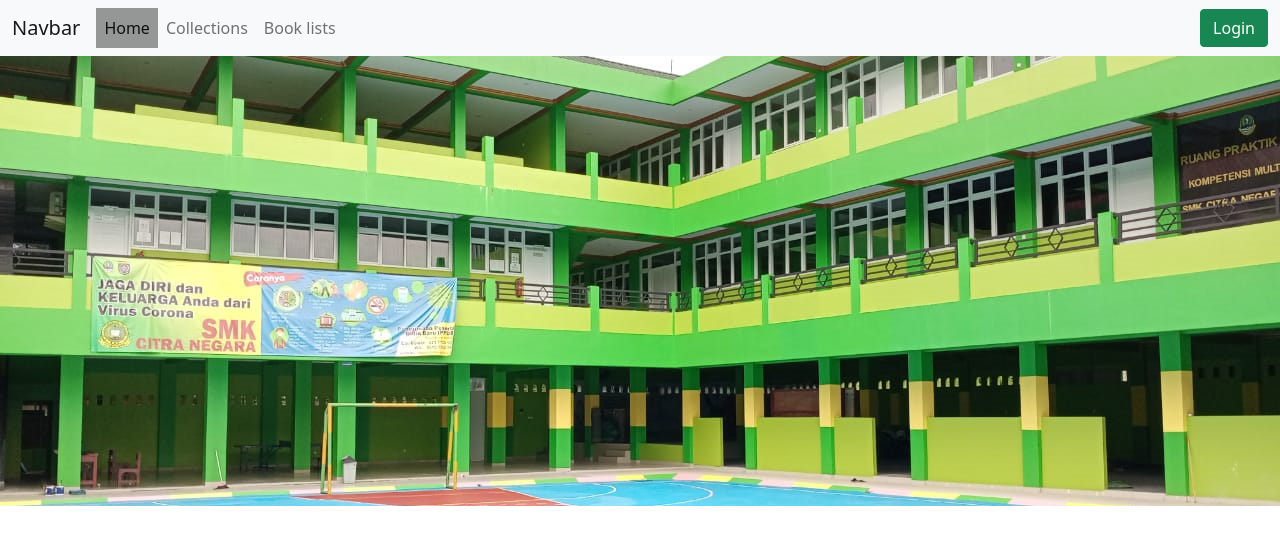
Repository: humanrizki/app-perpus-laravel-8
Page: http://localhost/home
These files come from the project's save history. The page is drawn as it stood at one moment and after the next save; the edit follows.
The browser window is 1280 px wide. The pictures show the whole page.
Some web libraries are served in a nearby version. The page is served by the project's Laravel application, run on PHP 8.4 with Laravel 8.

Above is the page before, as saved 2021-11-25 11:53:17.

After the next save:
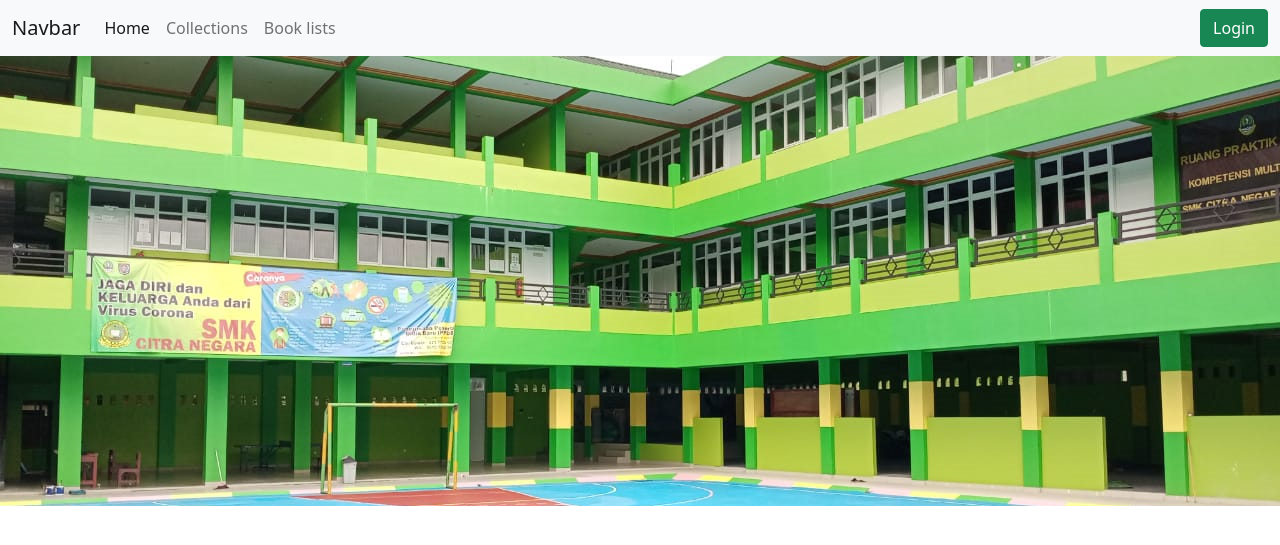
Saved 52 s later.
--- a/resources/views/layouts/capp.blade.php
+++ b/resources/views/layouts/capp.blade.php
@@ -16,7 +16,7 @@
       }
     </style>
     <link href="https://cdn.jsdelivr.net/npm/bootstrap@5.0.2/dist/css/bootstrap.min.css" rel="stylesheet" integrity="sha384-EVSTQN3/azprG1Anm3QDgpJLIm9Nao0Yz1ztcQTwFspd3yD65VohhpuuCOmLASjC" crossorigin="anonymous">
-    <link rel="stylesheet" href="css/ul.css">
+    {{-- <link rel="stylesheet" href="css/ul.css"> --}}
   </head>
   <body>
     @include('partials.header')
